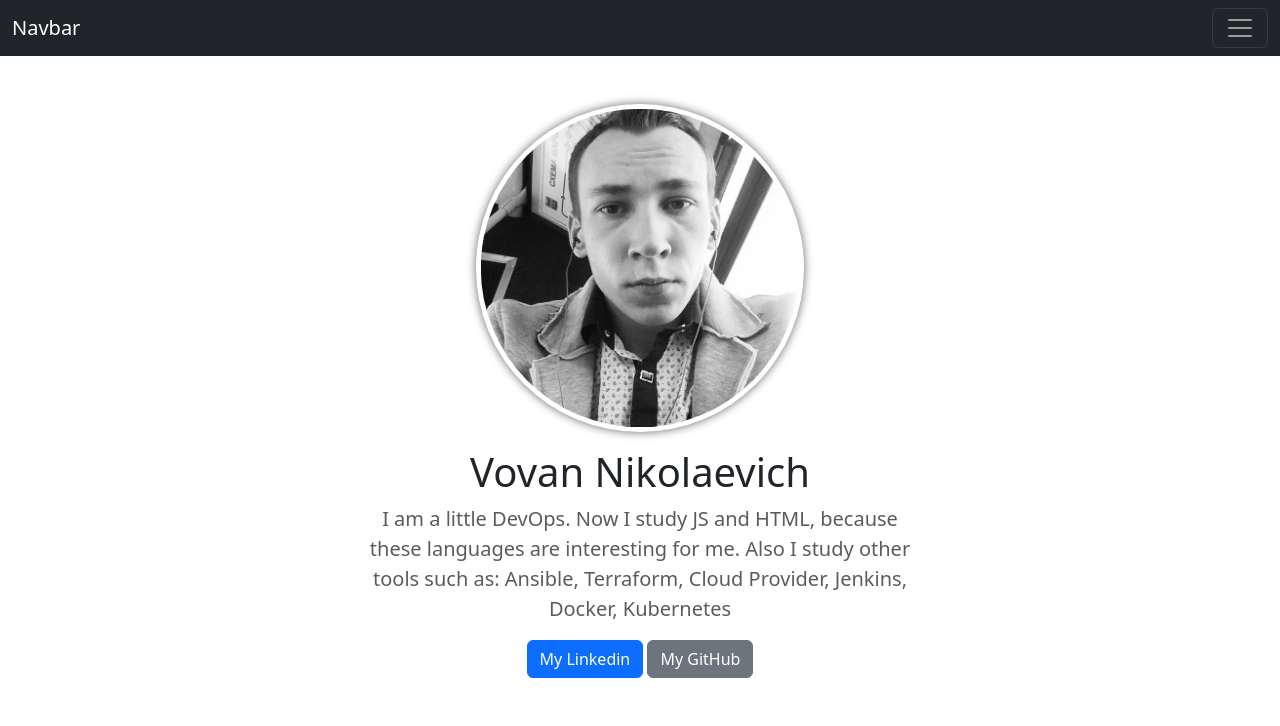
Repository: vovanbl411/mini-web-site
Page: index.html
The author's editor kept a copy of each file at every save. The page is drawn from the files as they stood at one save, then again after the next save.
The browser window is 1280 px wide. The pictures show the whole page.

Above is the page before, as saved 2023-01-22 00:25:24.

### index.html
<!DOCTYPE html>
<html lang="en">
  <head>
    <meta charset="UTF-8" />
    <meta name="viewport" content="width=device-width, initial-scale=1.0" />
    <title>My page</title>
    <link
      href="https://cdn.jsdelivr.net/npm/bootstrap@5.3.0-alpha1/dist/css/bootstrap.min.css"
      rel="stylesheet"
      integrity="sha384-GLhlTQ8iRABdZLl6O3oVMWSktQOp6b7In1Zl3/Jr59b6EGGoI1aFkw7cmDA6j6gD"
      crossorigin="anonymous"
    />
    <style>
      .rounded-img {
        width: 60%;
        border-radius: 50%;
        box-shadow: 0 0 10px rgba(0, 0, 7, 0.6);
        padding: 0.3em;
        margin-bottom: 1em;
      }
    </style>
  </head>
  <body>
    <nav class="navbar navbar bg-dark" data-bs-theme="dark">
      <div class="container-fluid">
        <a class="navbar-brand" href="#">Navbar</a>
        <button
          class="navbar-toggler"
          type="button"
          data-bs-toggle="collapse"
          data-bs-target="#navbarNav"
          aria-controls="navbarNav"
          aria-expanded="false"
          aria-label="Toggle navigation"
        >
          <span class="navbar-toggler-icon"></span>
        </button>
        <div class="collapse navbar-collapse" id="navbarNav">
          <ul class="navbar-nav">
            <li class="nav-item">
              <a class="nav-link active" aria-current="page" href="#">Home</a>
            </li>
            <li class="nav-item">
              <a class="nav-link" href="#">Features</a>
            </li>
            <li class="nav-item">
              <a class="nav-link" href="#">Pricing</a>
            </li>
            <li class="nav-item">
              <a class="nav-link disabled">Disabled</a>
            </li>
          </ul>
        </div>
      </div>
    </nav>
    <div class="container text-center my-5">
      <div class="row">
        <div class="col-lg-6 col-md-8 mx-auto">
          <img
            class="rounded-img"
            src="Screenshot.png"
            alt="Vovan Nikolaevich"
          />
          <h1 class="fw-light">Vovan Nikolaevich</h1>
          <p class="lead text-muted">
            I am a little DevOps. Now I study JS and HTML, because these
            languages are interesting for me. Also I study other tools such as:
            Ansible, Terraform, Cloud Provider, Jenkins, Docker, Kubernetes
          </p>
          <a
            href="https://www.linkedin.com/in/vovan-nikolaevich/"
            target="_blank"
            class="btn btn-primary"
          >
            My Linkedin
          </a>
          <a
            href="https://github.com/vovanbl411"
            target="_blank"
            class="btn btn-secondary"
          >
            My GitHub
          </a>
        </div>
      </div>
    </div>
  </body>
</html>

After the next save:
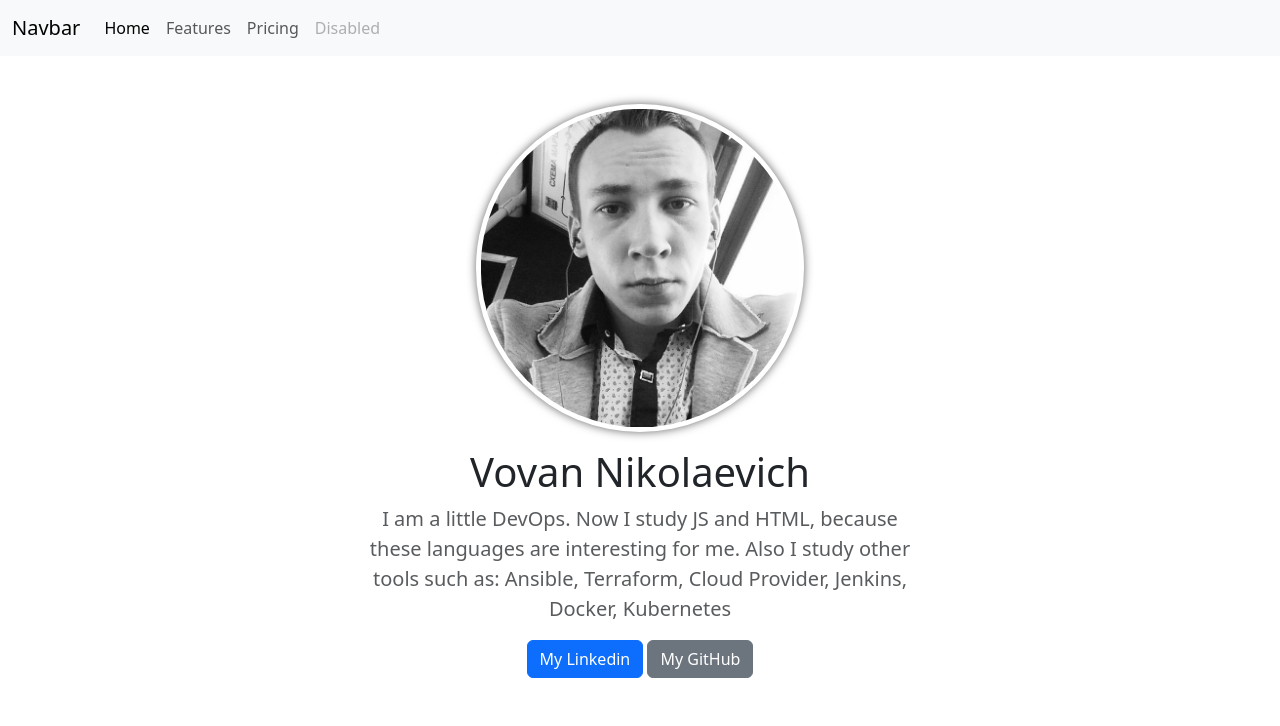
Saved 43 s later.
--- a/index.html
+++ b/index.html
@@ -21,7 +21,7 @@
     </style>
   </head>
   <body>
-    <nav class="navbar navbar bg-dark" data-bs-theme="dark">
+    <nav class="navbar navbar-expand-lg bg-body-tertiary">
       <div class="container-fluid">
         <a class="navbar-brand" href="#">Navbar</a>
         <button

After the save that followed:
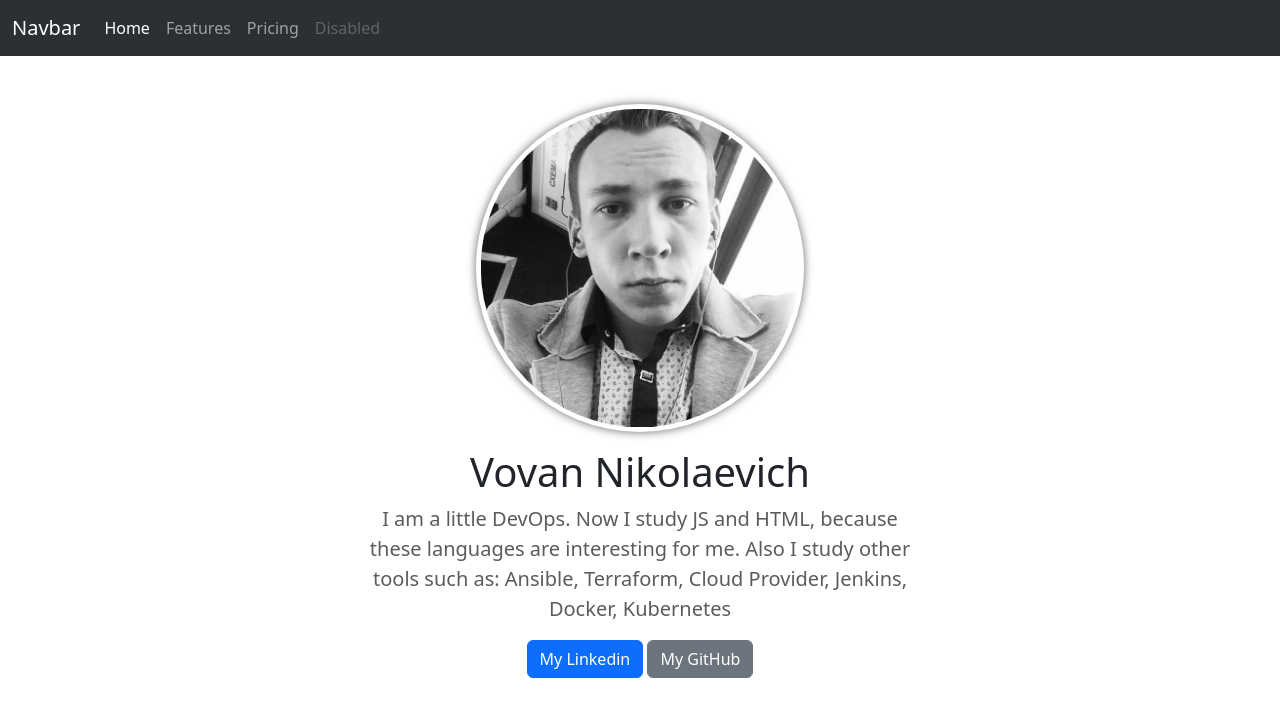
Saved 2 min 17 s later.
--- a/index.html
+++ b/index.html
@@ -21,7 +21,7 @@
     </style>
   </head>
   <body>
-    <nav class="navbar navbar-expand-lg bg-body-tertiary">
+    <nav class="navbar navbar-expand-lg bg-body-tertiary" data-bs-theme="dark">
       <div class="container-fluid">
         <a class="navbar-brand" href="#">Navbar</a>
         <button
